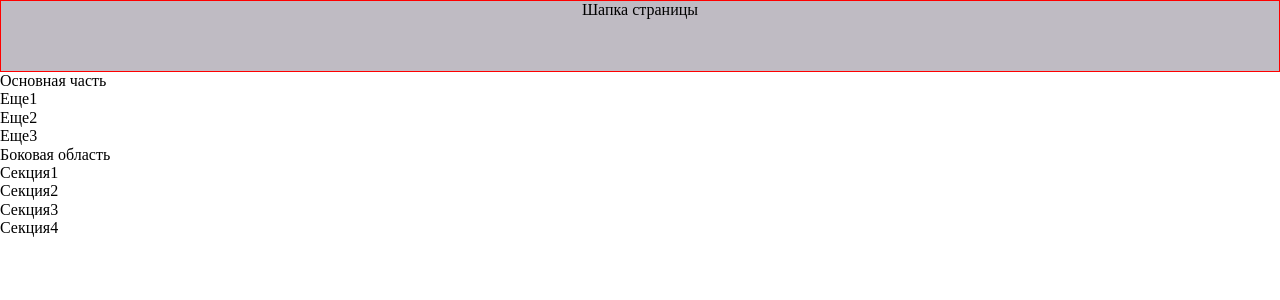
Repository: IrinaGetmanenko/week5
Page: week5/index.html
The author's editor kept a copy of each file at every save. The page is drawn from the files as they stood at one save, then again after the next save.
The browser window is 1280 px wide. The pictures show the whole page.

Above is the page before, as saved 2022-08-28 17:10:29.

After the next save:
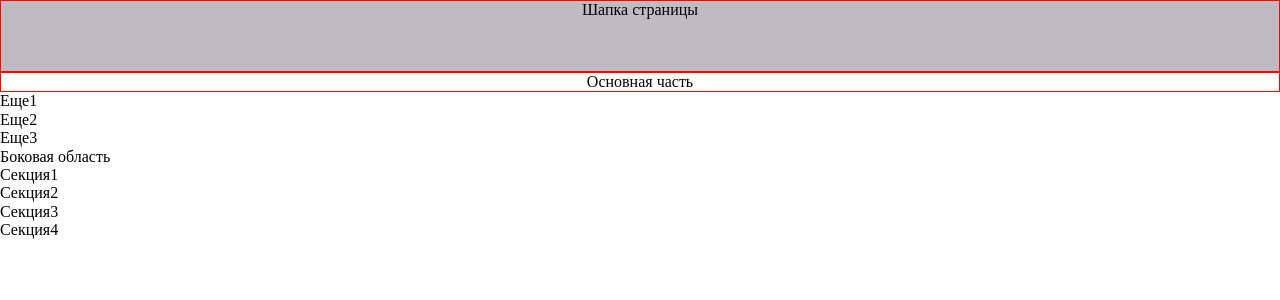
Saved 72 s later.
--- a/week5/index.html
+++ b/week5/index.html
@@ -22,6 +22,13 @@
         background-color: #bfbbc3;
     }
 
+    .container-2{
+        display: flex;
+        justify-content: center;
+        border: 1px solid red;
+
+    }
+
     </style>
 </head>
 <body class="container-1">
